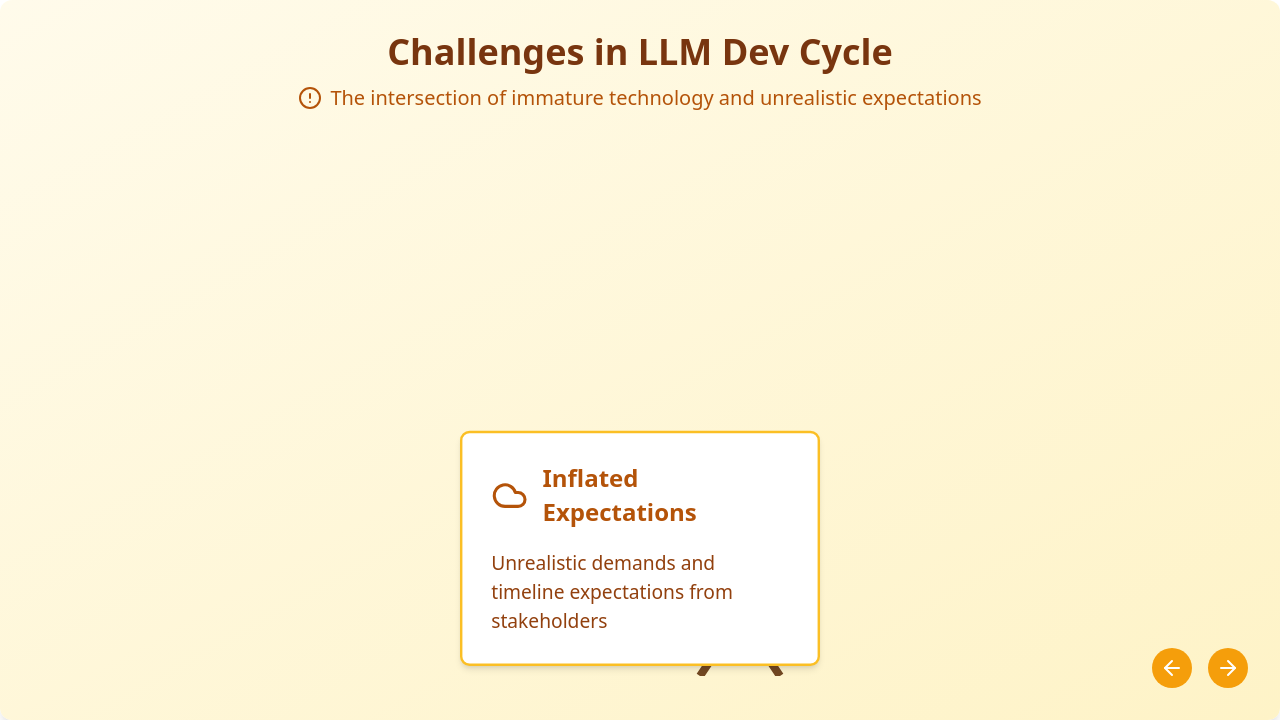
Repository: Galbaz1/dell_presentation
Page: /slide2
The author's editor kept a copy of each file at every save. The page is drawn from the files as they stood at one save, then again after the next save.
The browser window is 1280 px wide. The pictures show the whole page.
The project was rebuilt for these pictures with package versions that can differ from the ones it lists, and the page was loaded fresh each time. The framework's server and built-in components were replaced by stand-ins that run in the browser. Also part of the build but not shown: styles/animations/slide1.css, styles/animations/slide2.css.

Above is the page before, as saved 2024-11-11 16:27:29.

### pages/_app.tsx
import '../styles/globals.css'
import '../styles/animations/slide1.css'
import '../styles/animations/slide2.css'
import type { AppProps } from 'next/app'

function MyApp({ Component, pageProps }: AppProps) {
  return <Component {...pageProps} />
}

export default MyApp

### pages/slide2.tsx
import React, { useState, useEffect } from 'react';
import { ArrowRight, ArrowLeft, AlertCircle, Cloud } from 'lucide-react';
import Link from 'next/link';
import { motion, AnimatePresence } from 'framer-motion';

const Slide2: React.FC = () => {
  const [animationPhase, setAnimationPhase] = useState<'falling' | 'hitting' | 'growing' | 'exploding'>('falling');

  useEffect(() => {
    const sequence = async () => {
      await new Promise(resolve => setTimeout(resolve, 3000));
      setAnimationPhase('hitting');

      await new Promise(resolve => setTimeout(resolve, 1000));
      setAnimationPhase('growing');

      // Allow more time for growth animation
      await new Promise(resolve => setTimeout(resolve, 15000));
      setAnimationPhase('exploding');
    };

    sequence();
  }, []);

  const blockVariants = {
    falling: {
      y: "-100%",
      x: "-50%",
      transition: {
        y: {
          type: "spring",
          stiffness: 100,
          damping: 10,
          duration: 3
        }
      }
    },
    hitting: {
      y: "140%",
      x: "-50%",
      transition: {
        type: "spring",
        stiffness: 300,
        damping: 15
      }
    },
    growing: {
      y: "140%",
      x: "-50%",
      scale: [1, 1.2, 1.1, 1.4, 1.3, 1.6, 1.5, 1.8, 1.7, 2],
      transition: {
        scale: {
          duration: 15,
          times: [0, 0.1, 0.2, 0.3, 0.4, 0.5, 0.6, 0.7, 0.8, 1],
          ease: "easeInOut"
        }
      }
    },
    exploding: {
      opacity: 0,
      transition: { duration: 0.1 }
    }
  };

  const pieces = Array.from({ length: 12 }).map((_, i) => {
    const row = Math.floor(i / 4);
    const col = i % 4;
    const xOffset = (Math.random() - 0.5) * 800;
    const yOffset = Math.random() * 500 + 500;
    const rotation = Math.random() * 720 - 360;

    return (
      <motion.div
        key={i}
        className="absolute w-1/4 h-1/3 overflow-hidden"
        initial={{ x: 0, y: 0, rotate: 0 }}
        animate={animationPhase === 'exploding' ? {
          x: xOffset,
          y: yOffset,
          rotate: rotation,
          opacity: 0,
        } : {}}
        transition={{
          type: "spring",
          duration: 2,
          bounce: 0.2
        }}
        style={{
          top: `${row * 33.33}%`,
          left: `${col * 25}%`,
        }}
      >
        <div
          className="absolute w-[400%] h-[300%]"
          style={{
            top: `${row * -100}%`,
            left: `${col * -100}%`,
          }}
        >
          <div className="bg-white p-6 rounded-lg shadow-md border-2 border-amber-400">
            <div className="flex items-center mb-4 text-amber-700">
              <Cloud className="w-8 h-8" />
              <h3 className="text-xl font-semibold ml-3">Inflated Expectations</h3>
            </div>
            <p className="text-amber-800">
              Unrealistic demands and timeline expectations from stakeholders
            </p>
          </div>
        </div>
      </motion.div>
    );
  });

  return (
    <div className="bg-gradient-to-br from-amber-50 to-amber-100 p-8 rounded-xl shadow-lg min-h-screen overflow-hidden relative">
      {/* Header */}
      <div className="mb-16 text-center">
        <h1 className="text-4xl font-bold text-amber-900 mb-3">Challenges in LLM Dev Cycle</h1>
        <p className="text-xl text-amber-700 flex items-center justify-center">
          <AlertCircle className="w-6 h-6 mr-2" />
          The intersection of immature technology and unrealistic expectations
        </p>
      </div>

      {/* Main Content Area */}
      <div className="max-w-5xl mx-auto relative h-[500px]">
        {/* Developer Figure */}
        <motion.div
          className="absolute bottom-0 left-1/2 -translate-x-1/2 origin-bottom z-10"
          animate={animationPhase === 'hitting' ? {
            x: "100%",
            rotate: 90,
          } : {}}
          transition={{ delay: 0.1, duration: 1.2 }}
        >
          <div className="relative w-[200px] h-[200px]">
            <svg viewBox="0 0 100 100" className="w-full h-full">
              <path
                d="M50 35 L50 70 L30 100 M50 70 L70 100 M50 50 L30 65 M50 50 L70 65"
                stroke="#734822"
                strokeWidth="4"
                fill="none"
              />
              <circle cx="50" cy="30" r="15" fill="#734822" />
              <path
                d="M30 65 L70 65 L75 75 L25 75 Z"
                fill="#666"
              />
            </svg>
          </div>
        </motion.div>

        {/* Falling Block */}
        <motion.div
          className="absolute left-1/2 -translate-x-1/2 top-0 w-[300px] z-20"
          variants={blockVariants}
          initial="falling"
          animate={animationPhase}
          transition={{
            duration: 2,
            ease: "easeIn"
          }}
        >
          {animationPhase !== 'exploding' ? (
            <div className="bg-white p-6 rounded-lg shadow-md border-2 border-amber-400">
              <div className="flex items-center mb-4 text-amber-700">
                <Cloud className="w-8 h-8" />
                <h3 className="text-xl font-semibold ml-3">Inflated Expectations</h3>
              </div>
              <p className="text-amber-800">
                Unrealistic demands and timeline expectations from stakeholders
              </p>
            </div>
          ) : (
            <div className="relative w-full h-full">
              {pieces}
            </div>
          )}
        </motion.div>
      </div>

      {/* Navigation */}
      <div className="absolute bottom-8 right-8 flex items-center space-x-4">
        <Link href="/" className="bg-amber-500 hover:bg-amber-600 text-white p-2 rounded-full transition-colors">
          <ArrowLeft className="w-6 h-6" />
        </Link>
        <Link href="/slide3" className="bg-amber-500 hover:bg-amber-600 text-white p-2 rounded-full transition-colors">
          <ArrowRight className="w-6 h-6" />
        </Link>
      </div>
    </div>
  );
};

export default Slide2;

### styles/globals.css
@tailwind base;
@tailwind components;
@tailwind utilities;

@keyframes fallAndBounce {
  0% {
    transform: translateY(-100%) translateX(-50%);
  }
  70% {
    transform: translateY(140%) translateX(-50%);
  }
  75% {
    transform: translateY(130%) translateX(-50%);
  }
  80% {
    transform: translateY(135%) translateX(-50%);
  }
  85% {
    transform: translateY(128%) translateX(-50%);
  }
  90% {
    transform: translateY(132%) translateX(-50%);
  }
  100% {
    transform: translateY(0%) translateX(-50%);
  }
}

@keyframes developerFall {
  0%, 69% {
    transform: translateX(-50%) rotate(0deg);
  }
  100% {
    transform: translateX(100%) rotate(90deg);
  }
}

@keyframes pulsate {
  0% {
    transform: translateY(0%) translateX(-50%) scale(1);
  }
  8% {
    transform: translateY(0%) translateX(-50%) scale(1.15);
  }
  10% {
    transform: translateY(0%) translateX(-50%) scale(1.1);
  }
  18% {
    transform: translateY(0%) translateX(-50%) scale(1.35);
  }
  20% {
    transform: translateY(0%) translateX(-50%) scale(1.3);
  }
  28% {
    transform: translateY(0%) translateX(-50%) scale(1.55);
  }
  30% {
    transform: translateY(0%) translateX(-50%) scale(1.5);
  }
  38% {
    transform: translateY(0%) translateX(-50%) scale(1.75);
  }
  40% {
    transform: translateY(0%) translateX(-50%) scale(1.7);
  }
  48% {
    transform: translateY(0%) translateX(-50%) scale(1.95);
  }
  50% {
    transform: translateY(0%) translateX(-50%) scale(1.9);
  }
  100% {
    transform: translateY(0%) translateX(-50%) scale(2);
  }
}

@keyframes explodePiece {
  0% {
    transform: translate(0, 0) rotate(0);
    opacity: 1;
  }
  100% {
    transform: translate(var(--tx), 1000px) rotate(var(--tr));
    opacity: 0;
  }
}

.animate-fall-bounce {
  animation:
    fallAndBounce 3s cubic-bezier(0.4, 0, 0.2, 1) forwards,
    pulsate 8s cubic-bezier(0.4, 0, 0.2, 1) 5s forwards;
}

.animate-developer-fall {
  animation: developerFall 1.2s cubic-bezier(0.4, 0, 0.2, 1) forwards;
  animation-delay: 2.1s;
}

.explosion-piece {
  position: absolute;
  animation: explodePiece 2s cubic-bezier(0.4, 0, 0.2, 1) forwards;
  animation-delay: 16s; /* 5s wait + 8s growth + 3s wait */
}

### tailwind.config.js
/** @type {import('tailwindcss').Config} */
module.exports = {
  content: [
    "./pages/**/*.{js,ts,jsx,tsx}",
    "./components/**/*.{js,ts,jsx,tsx}",
    "./styles/**/*.css",
  ],
  theme: {
    extend: {},
  },
  plugins: [],
}

After the next save:
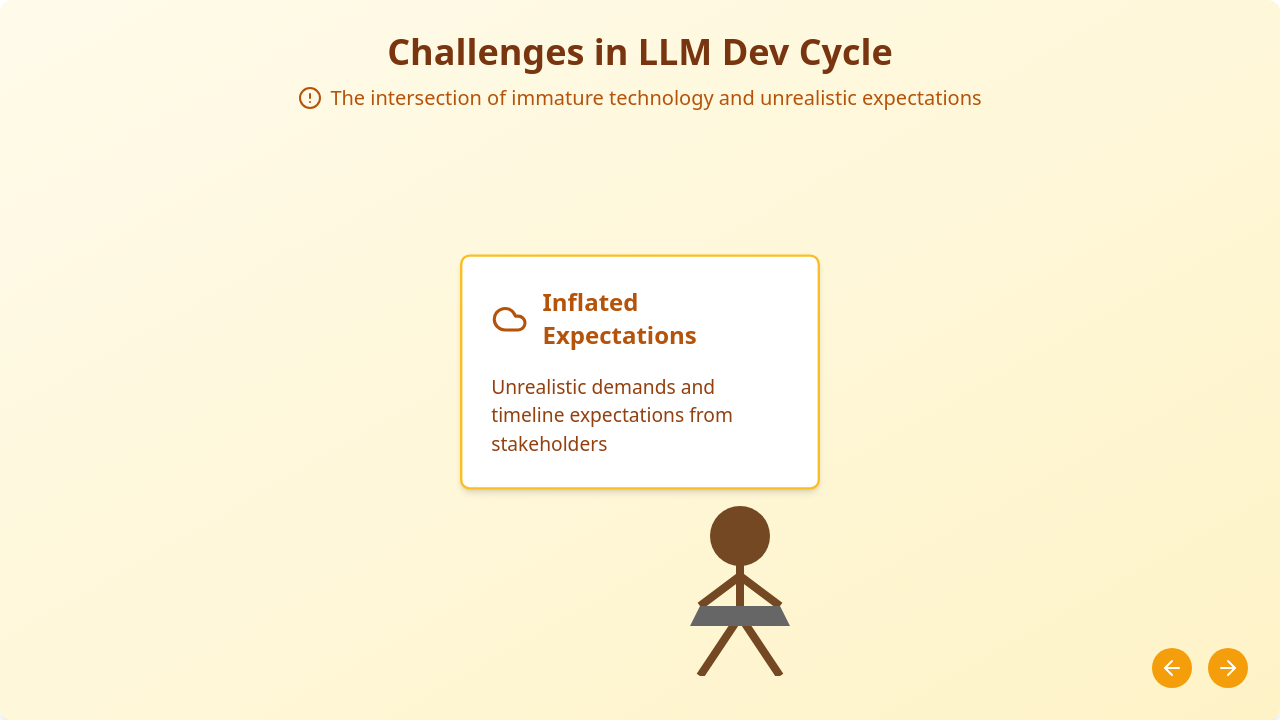
Saved 4 s later.
--- a/pages/slide2.tsx
+++ b/pages/slide2.tsx
@@ -14,7 +14,6 @@ const Slide2: React.FC = () => {
       await new Promise(resolve => setTimeout(resolve, 1000));
       setAnimationPhase('growing');
 
-      // Allow more time for growth animation
       await new Promise(resolve => setTimeout(resolve, 15000));
       setAnimationPhase('exploding');
     };
@@ -24,7 +23,7 @@ const Slide2: React.FC = () => {
 
   const blockVariants = {
     falling: {
-      y: "-100%",
+      y: "-200vh",
       x: "-50%",
       transition: {
         y: {
@@ -45,10 +44,11 @@ const Slide2: React.FC = () => {
       }
     },
     growing: {
-      y: "140%",
+      y: "50%",
       x: "-50%",
       scale: [1, 1.2, 1.1, 1.4, 1.3, 1.6, 1.5, 1.8, 1.7, 2],
       transition: {
+        y: { duration: 1, ease: "easeOut" },
         scale: {
           duration: 15,
           times: [0, 0.1, 0.2, 0.3, 0.4, 0.5, 0.6, 0.7, 0.8, 1],
